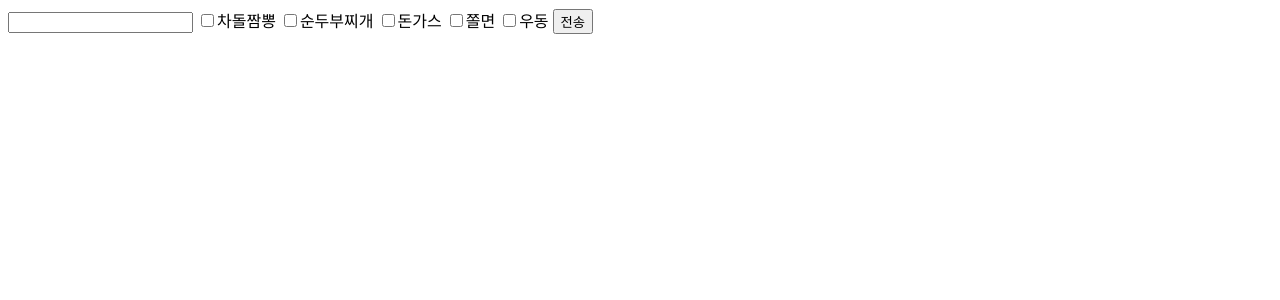
Repository: JaeYong-An/jstl
Page: http://localhost/jstl_study/step-5.jsp
An editor plug-in stored every save of this project. The page is shown before and after the next save, followed by the edit.
The browser window is 1280 px wide. The pictures show the whole page.
The page is served by Tomcat 9.

Above is the page before, as saved 2023-11-23 00:38:53.

After the next save:
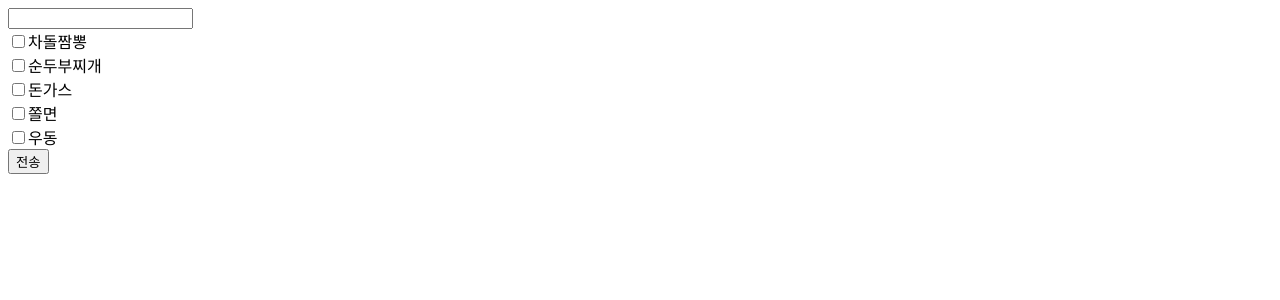
Saved 5 min 43 s later.
--- a/jstl_study/src/main/webapp/step-5.jsp
+++ b/jstl_study/src/main/webapp/step-5.jsp
@@ -11,12 +11,12 @@
 	<!-- 메누판을 체크박스 형태로 만들어 스텝6으로 전송 -->
 	<!-- 스텝6에서 주문자명, 메뉴 출력 -->
 	<form action="step-6.jsp">
-		<input type="text" name="name">
-		<input type="checkbox" name="menu" value="차돌짬뽕">차돌짬뽕
-		<input type="checkbox" name="menu" value="순두부찌개">순두부찌개
-		<input type="checkbox" name="menu" value="돈가스">돈가스
-		<input type="checkbox" name="menu" value="쫄면">쫄면
-		<input type="checkbox" name="menu" value="우동">우동
+		<input type="text" name="name"><br>
+		<input type="checkbox" name="menu" value="차돌짬뽕">차돌짬뽕 <br>
+		<input type="checkbox" name="menu" value="순두부찌개">순두부찌개 <br>
+		<input type="checkbox" name="menu" value="돈가스">돈가스 <br>
+		<input type="checkbox" name="menu" value="쫄면">쫄면<br>
+		<input type="checkbox" name="menu" value="우동">우동<br>
 		<button type="submit">전송</button>
 	</form>
 </body>
